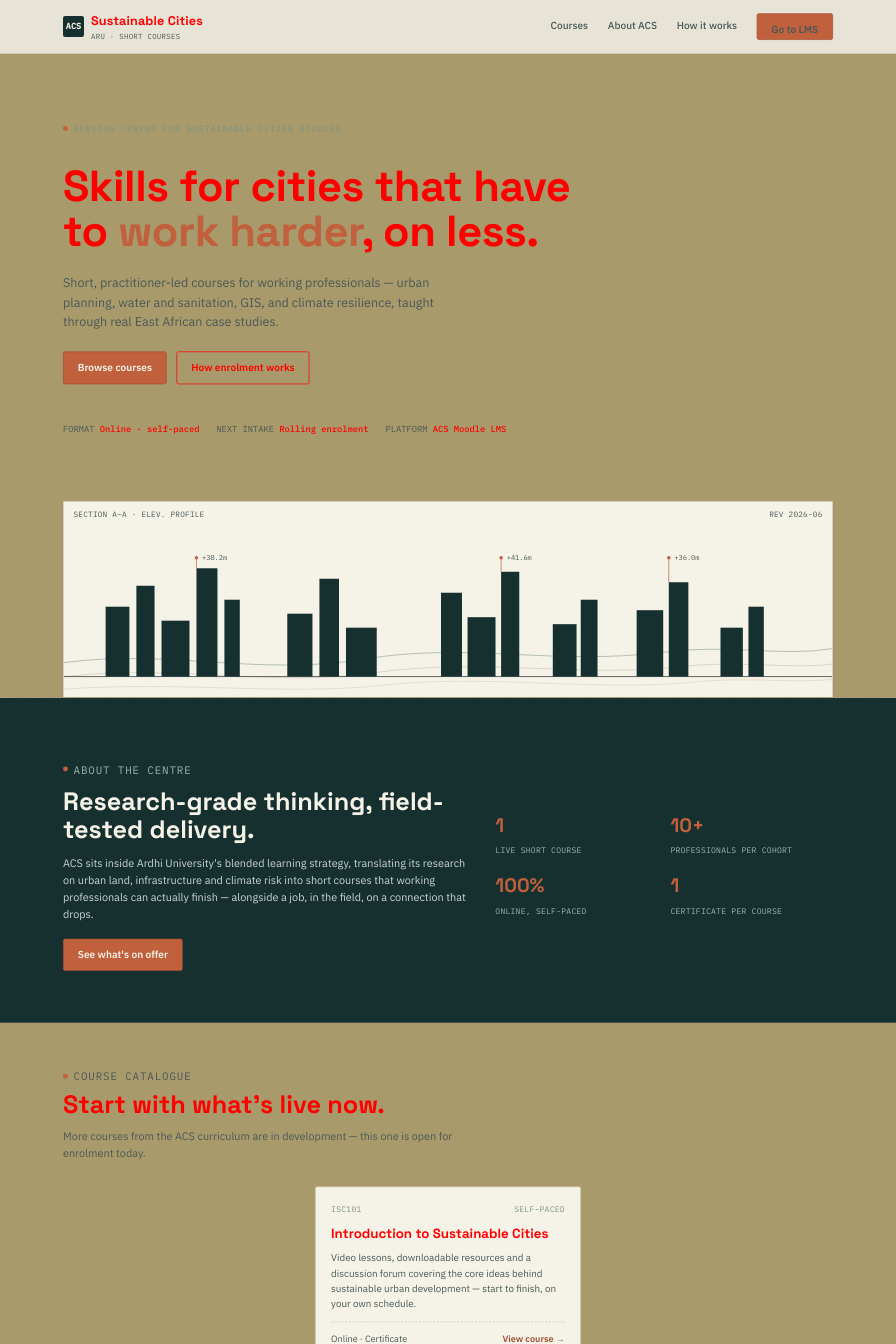
Repository: stephanmbuya6-cyber/ACS-LMS-Project
Page: index.html
These files come from the project's save history. The page is drawn as it stood at one moment and after the next save; the edit follows.
The browser window is 1280 px wide. The pictures show the part of the page from y = 0 to 1920 px (the page is 3225 px tall), at 70% of full size.

Above is the page before, as saved 2026-06-23 14:36:07.

### index.html
<!DOCTYPE html>
<html lang="en">
<head>
<meta charset="UTF-8">
<meta name="viewport" content="width=device-width, initial-scale=1.0">
<title>ACS Short Courses — African Centre for Sustainable Cities Studies</title>
<link rel="preconnect" href="https://fonts.googleapis.com">
<link rel="preconnect" href="https://fonts.gstatic.com" crossorigin>
<link href="https://fonts.googleapis.com/css2?family=Space+Grotesk:wght@500;600;700&family=IBM+Plex+Sans:wght@400;500;600&family=IBM+Plex+Mono:wght@400;500&display=swap" rel="stylesheet">
<style>
  :root{
    --bg:#a89a6a;
    --bg-deep:#16302F;
    --ink:red;
    --ink-soft:#4A5957;
    --clay:#C1603C;
    --clay-dark:#A24F31;
    --sage:#7C9484;
    --line:#C9C2AC;
    --paper:#F5F2E8;
    --display: 'Space Grotesk', sans-serif;
    --body: 'IBM Plex Sans', sans-serif;
    --mono: 'IBM Plex Mono', monospace;
    --maxw: 1140px;
  }

  *{box-sizing:border-box;}
  html{scroll-behavior:smooth;}
  body{
    margin:0;
    background:var(--bg);
    color:var(--ink);
    font-family:var(--body);
    -webkit-font-smoothing:antialiased;
    line-height:1.55;
  }
  img,svg{display:block;max-width:100%;}
  a{color:inherit;}

  .grid-bg{
    background-image:
      linear-gradient(var(--line) 1px, transparent 1px),
      linear-gradient(90deg, var(--line) 1px, transparent 1px);
    background-size:28px 28px;
    background-position:-1px -1px;
  }

  .wrap{
    max-width:var(--maxw);
    margin:0 auto;
    padding:0 20px;
  }

  .survey-rule{
    position:relative;
    border:none;
    border-top:1px dashed var(--line);
    margin:0;
    height:1px;
  }
  .survey-rule::before, .survey-rule::after{
    content:"+";
    position:absolute;
    top:-9px;
    font-family:var(--mono);
    font-size:14px;
    color:var(--ink-soft);
    opacity:.55;
  }
  .survey-rule::before{ left:20px; }
  .survey-rule::after{ right:20px; }


  header{
    position:sticky;
    top:0;
    z-index:50;
    background:rgba(237,234,224,.92);
    backdrop-filter:blur(6px);
    border-bottom:1px solid var(--line);
  }
  .nav{
    display:flex;
    align-items:center;
    justify-content:space-between;
    padding:16px 20px;
  }
  .brand{
    display:flex;
    align-items:center;
    gap:10px;
    font-family:var(--display);
    font-weight:700;
    font-size:18px;
    letter-spacing:.01em;
    text-decoration:none;
    color:var(--ink);
  }
  .brand .mark{
    width:30px;height:30px;
    border-radius:3px;
    background:var(--bg-deep);
    display:flex;align-items:center;justify-content:center;
    color:var(--paper);
    font-family:var(--mono);
    font-size:12px;
    flex-shrink:0;
  }
  .brand small{
    display:block;
    font-family:var(--mono);
    font-weight:400;
    font-size:10.5px;
    letter-spacing:.04em;
    color:var(--ink-soft);
    text-transform:uppercase;
  }
  nav.links{
    display:none;
    gap:28px;
    align-items:center;
    font-size:14.5px;
    font-weight:500;
  }
  nav.links a{
    text-decoration:none;
    color:var(--ink-soft);
    position:relative;
    padding-bottom:3px;
  }
  nav.links a:hover{ color:var(--ink); }
  .cta-btn{
    display:inline-flex;
    align-items:center;
    gap:8px;
    background:var(--clay);
    color:var(--paper);
    font-family:var(--body);
    font-weight:600;
    font-size:14.5px;
    padding:11px 20px;
    border-radius:3px;
    text-decoration:none;
    border:1px solid var(--clay-dark);
    transition:transform .15s ease, background .15s ease;
    white-space:nowrap;
  }
  .cta-btn:hover{ background:var(--clay-dark); transform:translateY(-1px); }
  .cta-btn.ghost{
    background:transparent;
    color:var(--ink);
    border:1px solid var(--ink);
  }
  .cta-btn.ghost:hover{ background:var(--ink); color:var(--paper); }

  .menu-toggle{
    display:flex;
    flex-direction:column;
    justify-content:center;
    gap:5px;
    width:34px;height:34px;
    background:none;
    border:1px solid var(--line);
    border-radius:3px;
    cursor:pointer;
    padding:0;
  }
  .menu-toggle span{
    width:16px;height:2px;
    background:var(--ink);
    margin:0 auto;
    transition:.2s;
  }
  .menu-toggle[aria-expanded="true"] span:nth-child(1){ transform:translateY(7px) rotate(45deg); }
  .menu-toggle[aria-expanded="true"] span:nth-child(2){ opacity:0; }
  .menu-toggle[aria-expanded="true"] span:nth-child(3){ transform:translateY(-7px) rotate(-45deg); }

  .mobile-panel{
    display:none;
    flex-direction:column;
    padding:6px 20px 20px;
    gap:14px;
    border-top:1px solid var(--line);
  }
  .mobile-panel.open{ display:flex; }
  .mobile-panel a{
    text-decoration:none;
    color:var(--ink);
    font-weight:500;
    font-size:15px;
    padding:6px 0;
  }

  /* ---- hero ---- */
  .hero{
    position:relative;
    overflow:hidden;
    background:var(--bg);
  }
  .hero .wrap{
    padding:64px 20px 0;
    display:grid;
    gap:28px;
  }
  .eyebrow{
    font-family:var(--mono);
    font-size:12.5px;
    letter-spacing:.08em;
    text-transform:uppercase;
    color:var(--sage);
    display:flex;
    align-items:center;
    gap:8px;
  }
  .eyebrow::before{
    content:"";
    width:7px;height:7px;
    background:var(--clay);
    border-radius:50%;
    display:inline-block;
  }
  h1{
    font-family:var(--display);
    font-weight:700;
    font-size:clamp(34px, 7vw, 62px);
    line-height:1.04;
    letter-spacing:-.01em;
    margin:0;
    max-width:760px;
  }
  h1 em{
    font-style:normal;
    color:var(--clay);
  }
  .hero p.lead{
    font-size:clamp(15.5px, 2vw, 18px);
    color:var(--ink-soft);
    max-width:540px;
    margin:0;
  }
  .hero-ctas{
    display:flex;
    flex-wrap:wrap;
    gap:14px;
  }
  .hero-meta{
    display:flex;
    flex-wrap:wrap;
    gap:24px;
    font-family:var(--mono);
    font-size:12.5px;
    color:var(--ink-soft);
    padding:18px 0 0;
  }
  .hero-meta span b{ color:var(--ink); font-weight:500; }

  .skyline-box{
    margin-top:10px;
    border:1px solid var(--line);
    border-bottom:none;
    background:var(--paper);
    position:relative;
  }
  .skyline-box .tag{
    position:absolute;
    top:10px; left:14px;
    font-family:var(--mono);
    font-size:11px;
    color:var(--ink-soft);
    letter-spacing:.03em;
    z-index:2;
  }
  .skyline-box .tag.right{ left:auto; right:14px; }

  /* ---- section shells ---- */
  section{ position:relative; }
  .section-pad{ padding:64px 0; }
  .section-head{
    max-width:600px;
    margin:0 0 36px;
  }
  .section-head .eyebrow{ margin-bottom:10px; }
  h2{
    font-family:var(--display);
    font-weight:700;
    font-size:clamp(26px, 4vw, 36px);
    line-height:1.1;
    margin:0 0 12px;
  }
  .section-head p{
    color:var(--ink-soft);
    font-size:15.5px;
    margin:0;
  }

  /* ---- about strip ---- */
  .about{
    background:var(--bg-deep);
    color:var(--paper);
  }
  .about .wrap{
    padding:54px 20px;
    display:grid;
    gap:28px;
  }
  .about h2{ color:var(--paper); }
  .about p{ color:#C9D6D2; font-size:15.5px; max-width:640px; }
  .about-stats{
    display:grid;
    grid-template-columns:repeat(2,1fr);
    gap:18px;
    margin-top:10px;
  }
  .stat b{
    display:block;
    font-family:var(--display);
    font-size:28px;
    color:var(--clay);
  }
  .stat span{
    font-family:var(--mono);
    font-size:11.5px;
    color:#9FB3AE;
    letter-spacing:.03em;
    text-transform:uppercase;
  }

  /* ---- course cards ---- */
  .course-grid{
    display:grid;
    gap:20px;
    grid-template-columns:1fr;
  }
  .course-grid--single{
    max-width:380px;
  }
  .course-card{
    background:var(--paper);
    border:1px solid var(--line);
    border-radius:3px;
    padding:22px;
    display:flex;
    flex-direction:column;
    gap:14px;
    opacity:0;
    transform:translateY(16px);
    transition:opacity .5s ease, transform .5s ease;
  }
  .course-card.visible{ opacity:1; transform:none; }
  .card-tags{
    display:flex;
    justify-content:space-between;
    font-family:var(--mono);
    font-size:11.5px;
    color:var(--sage);
    letter-spacing:.03em;
  }
  .course-card h3{
    font-family:var(--display);
    font-size:19px;
    margin:0;
    line-height:1.25;
  }
  .course-card p{
    margin:0;
    font-size:14px;
    color:var(--ink-soft);
  }
  .card-foot{
    margin-top:auto;
    padding-top:14px;
    border-top:1px dashed var(--line);
    display:flex;
    align-items:center;
    justify-content:space-between;
    font-size:13px;
  }
  .card-foot .fmt{ color:var(--ink-soft); }
  .card-foot a{
    text-decoration:none;
    color:var(--clay-dark);
    font-weight:600;
  }
  .card-foot a:hover{ text-decoration:underline; }

  /* ---- how it works ---- */
  .steps{
    display:grid;
    gap:18px;
    grid-template-columns:1fr;
  }
  .step{
    display:flex;
    gap:16px;
    padding:18px 0;
  }
  .step + .step{ border-top:1px dashed var(--line); }
  .step .num{
    font-family:var(--mono);
    font-size:13px;
    color:var(--clay);
    flex-shrink:0;
    width:34px;
    padding-top:2px;
  }
  .step h4{
    font-family:var(--display);
    font-size:16.5px;
    margin:0 0 4px;
  }
  .step p{ margin:0; font-size:14px; color:var(--ink-soft); }

  /* ---- quote ---- */
  .quote-block{
    background:var(--paper);
    border:1px solid var(--line);
    border-left:3px solid var(--clay);
    padding:28px 24px;
    margin-top:8px;
  }
  .quote-block p{
    font-family:var(--display);
    font-size:18px;
    line-height:1.4;
    margin:0 0 12px;
    color:var(--ink);
  }
  .quote-block span{
    font-family:var(--mono);
    font-size:12px;
    color:var(--ink-soft);
  }

  /* ---- final cta ---- */
  .final-cta{
    background:var(--bg-deep);
    color:var(--paper);
    text-align:center;
  }
  .final-cta .wrap{ padding:64px 20px; }
  .final-cta h2{ color:var(--paper); margin-bottom:14px; }
  .final-cta p{ color:#C9D6D2; max-width:480px; margin:0 auto 28px; font-size:15.5px; }
  .final-cta .hero-ctas{ justify-content:center; }

  /* ---- footer ---- */
  footer{
    padding:36px 0;
    font-size:13px;
    color:var(--ink-soft);
  }
  .foot-grid{
    display:flex;
    flex-direction:column;
    gap:18px;
    padding-top:24px;
  }
  .foot-grid .brand{ margin-bottom:4px; }
  footer .meta-line{
    font-family:var(--mono);
    font-size:11.5px;
    display:flex;
    flex-wrap:wrap;
    gap:6px 18px;
  }

  /* ---- scroll reveal generic ---- */
  .reveal{
    opacity:0;
    transform:translateY(14px);
    transition:opacity .55s ease, transform .55s ease;
  }
  .reveal.visible{ opacity:1; transform:none; }

  @media (prefers-reduced-motion: reduce){
    .course-card, .reveal{ transition:none; opacity:1; transform:none; }
  }

  /* ---- desktop ---- */
  @media (min-width:768px){
    nav.links{ display:flex; }
    .menu-toggle{ display:none; }
    .hero .wrap{ padding-top:84px; }
    .hero-meta{ padding-top:26px; }
    .about .wrap{
      grid-template-columns:1.1fr .9fr;
      align-items:center;
      padding:74px 20px;
    }
    .course-grid{ grid-template-columns:repeat(2,1fr); }
    .steps{ grid-template-columns:repeat(2,1fr); column-gap:40px; }
    .step + .step{ border-top:1px dashed var(--line); }
    .foot-grid{
      flex-direction:row;
      justify-content:space-between;
      align-items:flex-end;
    }
  }
  @media (min-width:1024px){
    .course-grid{ grid-template-columns:repeat(4,1fr); }
  }
  .course-grid.course-grid--single{
    grid-template-columns:1fr !important;
    margin:0 auto;
  }
</style>
</head>
<body>

<header>
  <div class="nav wrap">
    <a class="brand" href="#top">
      <span class="mark">ACS</span>
      <span>
        Sustainable Cities
        <small>ARU &middot; Short Courses</small>
      </span>
    </a>
    <nav class="links">
      <a href="#courses">Courses</a>
      <a href="#about">About ACS</a>
      <a href="#how">How it works</a>
      <a class="cta-btn" href="http://localhost/moodle" target="_blank" rel="noopener">Go to LMS</a>
    </nav>
    <button class="menu-toggle" aria-expanded="false" aria-label="Open menu" id="menuToggle">
      <span></span><span></span><span></span>
    </button>
  </div>
  <div class="mobile-panel" id="mobilePanel">
    <a href="#courses">Courses</a>
    <a href="#about">About ACS</a>
    <a href="#how">How it works</a>
    <a class="cta-btn" href="http://localhost/moodle" target="_blank" rel="noopener" style="justify-content:center;">Go to LMS</a>
  </div>
</header>

<main id="top">

  <section class="hero">
    <div class="wrap">
      <p class="eyebrow">African Centre for Sustainable Cities Studies</p>
      <h1>Skills for cities that have to <em>work harder</em>, on less.</h1>
      <p class="lead">Short, practitioner-led courses for working professionals — urban planning, water and sanitation, GIS, and climate resilience, taught through real East African case studies.</p>
      <div class="hero-ctas">
        <a class="cta-btn" href="#courses">Browse courses</a>
        <a class="cta-btn ghost" href="#how">How enrolment works</a>
      </div>
      <div class="hero-meta">
        <span>FORMAT <b>Online &middot; self-paced</b></span>
        <span>NEXT INTAKE <b>Rolling enrolment</b></span>
        <span>PLATFORM <b>ACS Moodle LMS</b></span>
      </div>
    </div>

    <div class="wrap">
      <div class="skyline-box grid-bg">
        <span class="tag">SECTION A&ndash;A &middot; ELEV. PROFILE</span>
        <span class="tag right" id="dateTag"></span>
        <svg viewBox="0 0 1100 280" xmlns="http://www.w3.org/2000/svg" preserveAspectRatio="xMidYMax meet">
          <!-- contour rings -->
          <path d="M0,230 C150,210 280,250 430,225 C580,200 700,235 860,215 C950,203 1030,222 1100,210" fill="none" stroke="#7C9484" stroke-width="1.4" opacity="0.55"/>
          <path d="M0,250 C160,232 300,265 440,245 C600,222 740,252 880,236 C970,226 1040,240 1100,232" fill="none" stroke="#C9C2AC" stroke-width="1.2" opacity="0.7"/>
          <path d="M0,268 C170,256 320,278 460,262 C610,246 760,272 900,258 C980,250 1040,260 1100,254" fill="none" stroke="#C9C2AC" stroke-width="1.2" opacity="0.5"/>
          <!-- buildings -->
          <g fill="#16302F">
            <rect x="60"  y="150" width="34" height="100"/>
            <rect x="104" y="120" width="26" height="130"/>
            <rect x="140" y="170" width="40" height="80"/>
            <rect x="190" y="95"  width="30" height="155"/>
            <rect x="230" y="140" width="22" height="110"/>
            <rect x="320" y="160" width="36" height="90"/>
            <rect x="366" y="110" width="28" height="140"/>
            <rect x="404" y="180" width="44" height="70"/>
            <rect x="540" y="130" width="30" height="120"/>
            <rect x="578" y="165" width="40" height="85"/>
            <rect x="626" y="100" width="26" height="150"/>
            <rect x="700" y="175" width="34" height="75"/>
            <rect x="740" y="140" width="24" height="110"/>
            <rect x="820" y="155" width="38" height="95"/>
            <rect x="866" y="115" width="28" height="135"/>
            <rect x="940" y="180" width="32" height="70"/>
            <rect x="980" y="150" width="22" height="100"/>
          </g>
          <!-- survey markers / elevation callouts -->
          <g font-family="IBM Plex Mono" font-size="10" fill="#4A5957">
            <line x1="190" y1="95" x2="190" y2="80" stroke="#C1603C" stroke-width="1"/>
            <circle cx="190" cy="80" r="2.5" fill="#C1603C"/>
            <text x="198" y="83">+38.2m</text>

            <line x1="626" y1="100" x2="626" y2="80" stroke="#C1603C" stroke-width="1"/>
            <circle cx="626" cy="80" r="2.5" fill="#C1603C"/>
            <text x="634" y="83">+41.6m</text>

            <line x1="866" y1="115" x2="866" y2="80" stroke="#C1603C" stroke-width="1"/>
            <circle cx="866" cy="80" r="2.5" fill="#C1603C"/>
            <text x="874" y="83">+36.0m</text>
          </g>
          <line x1="0" y1="250" x2="1100" y2="250" stroke="#1C2B2A" stroke-width="1"/>
        </svg>
      </div>
    </div>
  </section>

  <hr class="survey-rule">

  <section class="about" id="about">
    <div class="wrap">
      <div>
        <p class="eyebrow" style="color:#9FB3AE;">About the Centre</p>
        <h2>Research-grade thinking, field-tested delivery.</h2>
        <p>ACS sits inside Ardhi University's blended learning strategy, translating its research on urban land, infrastructure and climate risk into short courses that working professionals can actually finish — alongside a job, in the field, on a connection that drops.</p>
        <a class="cta-btn" href="#courses" style="margin-top:8px;">See what's on offer</a>
      </div>
      <div class="about-stats">
        <div class="stat"><b>1</b><span>Live short course</span></div>
        <div class="stat"><b>10+</b><span>Professionals per cohort</span></div>
        <div class="stat"><b>100%</b><span>Online, self-paced</span></div>
        <div class="stat"><b>1</b><span>Certificate per course</span></div>
      </div>
    </div>
  </section>

  <section class="section-pad" id="courses">
    <div class="wrap">
      <div class="section-head reveal">
        <p class="eyebrow">Course catalogue</p>
        <h2>Start with what's live now.</h2>
        <p>More courses from the ACS curriculum are in development — this one is open for enrolment today.</p>
      </div>

      <div class="course-grid course-grid--single">
        <article class="course-card">
          <div class="card-tags"><span>ISC101</span><span>SELF-PACED</span></div>
          <h3>Introduction to Sustainable Cities</h3>
          <p>Video lessons, downloadable resources and a discussion forum covering the core ideas behind sustainable urban development — start to finish, on your own schedule.</p>
          <div class="card-foot">
            <span class="fmt">Online &middot; Certificate</span>
            <a href="http://localhost/moodle/course/view.php?id=2" target="_blank" rel="noopener">View course &rarr;</a>
          </div>
        </article>
      </div>
    </div>
  </section>

  <hr class="survey-rule">

  <section class="section-pad" id="how">
    <div class="wrap">
      <div class="section-head reveal">
        <p class="eyebrow">Getting started</p>
        <h2>Four steps from sign-up to certificate.</h2>
      </div>
      <div class="steps">
        <div class="step">
          <span class="num">01</span>
          <div>
            <h4>Create your account</h4>
            <p>Register on the ACS Moodle LMS with your name and email — takes under two minutes.</p>
          </div>
        </div>
        <div class="step">
          <span class="num">02</span>
          <div>
            <h4>Enrol in a course</h4>
            <p>Pick a course code from the catalogue above and self-enrol directly from its page.</p>
          </div>
        </div>
        <div class="step">
          <span class="num">03</span>
          <div>
            <h4>Work through the lessons</h4>
            <p>Video lessons, downloadable resources, and a forum to compare notes with other professionals.</p>
          </div>
        </div>
        <div class="step">
          <span class="num">04</span>
          <div>
            <h4>Pass the quiz, get certified</h4>
            <p>Clear the auto-graded quiz and your completion certificate generates automatically.</p>
          </div>
        </div>
      </div>

      <div class="quote-block reveal" style="margin-top:34px;">
        <p>"I finished the GIS course between site visits — the lessons were short enough that I never lost the thread."</p>
        <span>— Pilot cohort participant, Dar es Salaam</span>
      </div>
    </div>
  </section>

  <section class="final-cta">
    <div class="wrap">
      <p class="eyebrow" style="color:#9FB3AE; justify-content:center;">Ready when you are</p>
      <h2>Your city can't wait for a perfect plan.</h2>
      <p>Start with one course, finish it on your own schedule, and bring the certificate back to your team.</p>
      <div class="hero-ctas">
        <a class="cta-btn" href="http://localhost/moodle" target="_blank" rel="noopener">Enrol now</a>
        <a class="cta-btn ghost" style="border-color:#C9D6D2; color:#F5F2E8;" href="#courses">Back to courses</a>
      </div>
    </div>
  </section>

</main>

<footer class="grid-bg">
  <div class="wrap">
    <div class="foot-grid">
      <div>
        <a class="brand" href="#top">
          <span class="mark">ACS</span>
          <span>
            Sustainable Cities
            <small>ARU &middot; Short Courses</small>
          </span>
        </a>
        <p style="margin:8px 0 0; max-width:360px;">African Centre for Sustainable Cities Studies, Ardhi University. Short courses for urban practitioners.</p>
      </div>
      <div>
        <p class="meta-line">
          <span>EMAIL acs@aru.ac.tz</span>
          <span>LMS acs-lms.aru.ac.tz</span>
          <span>LOCATION Dar es Salaam, Tanzania</span>
        </p>
      </div>
    </div>
  </div>
</footer>

<script>
  const toggle = document.getElementById('menuToggle');
  const panel = document.getElementById('mobilePanel');
  toggle.addEventListener('click', () => {
    const open = panel.classList.toggle('open');
    toggle.setAttribute('aria-expanded', open ? 'true' : 'false');
  });
  panel.querySelectorAll('a').forEach(a => a.addEventListener('click', () => {
    panel.classList.remove('open');
    toggle.setAttribute('aria-expanded', 'false');
  }));

  // survey-style date stamp in hero diagram
  const d = new Date();
  document.getElementById('dateTag').textContent =
    'REV ' + d.getFullYear() + '-' + String(d.getMonth()+1).padStart(2,'0');

  // scroll reveal
  const revealEls = document.querySelectorAll('.reveal, .course-card');
  const io = new IntersectionObserver((entries) => {
    entries.forEach(e => { if (e.isIntersecting) e.target.classList.add('visible'); });
  }, { threshold: 0.15 });
  revealEls.forEach(el => io.observe(el));
</script>

</body>
</html>

After the next save:
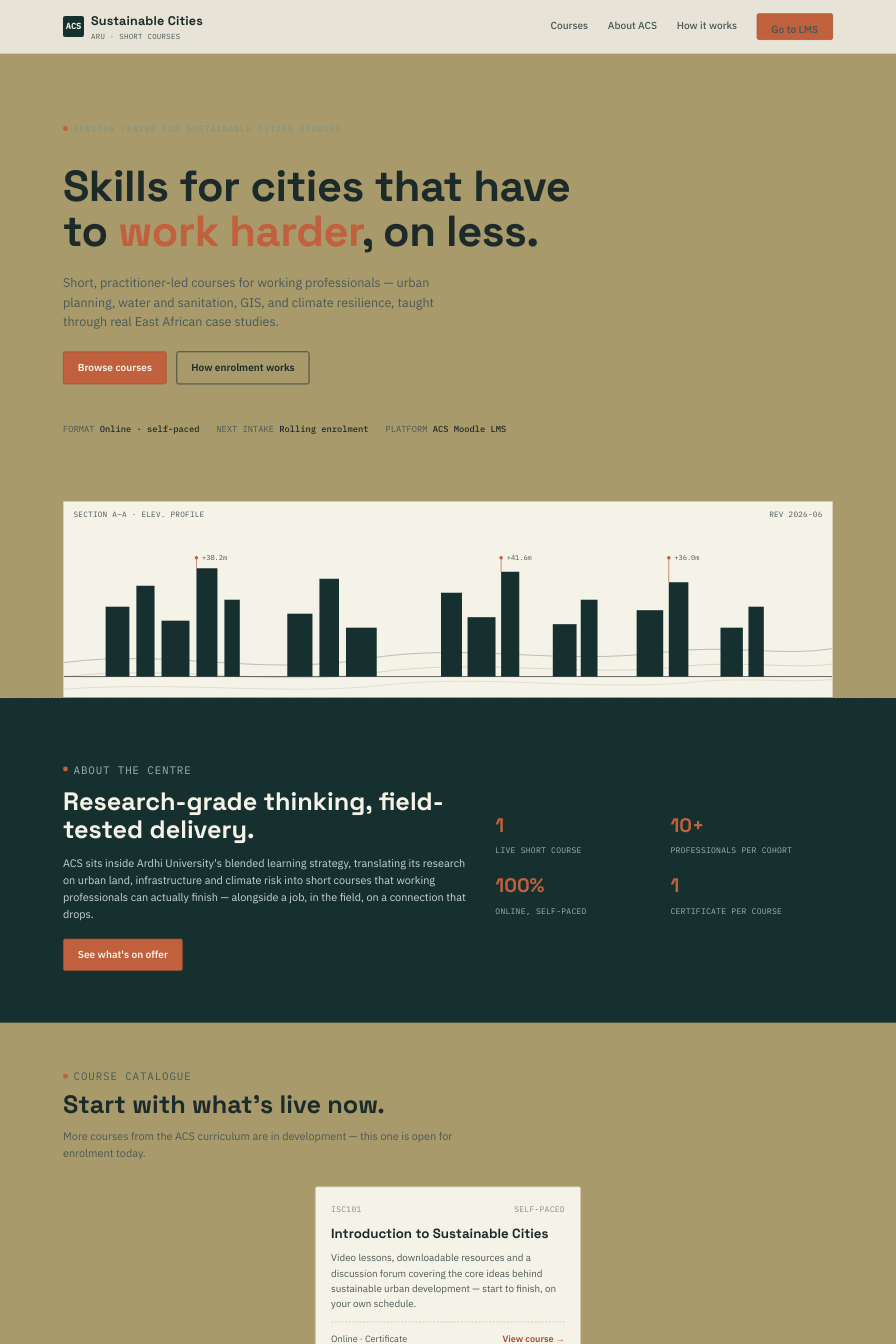
Saved 84 s later.
--- a/index.html
+++ b/index.html
@@ -11,7 +11,7 @@
   :root{
     --bg:#a89a6a;
     --bg-deep:#16302F;
-    --ink:red;
+    --ink:#1C2B2A;
     --ink-soft:#4A5957;
     --clay:#C1603C;
     --clay-dark:#A24F31;
